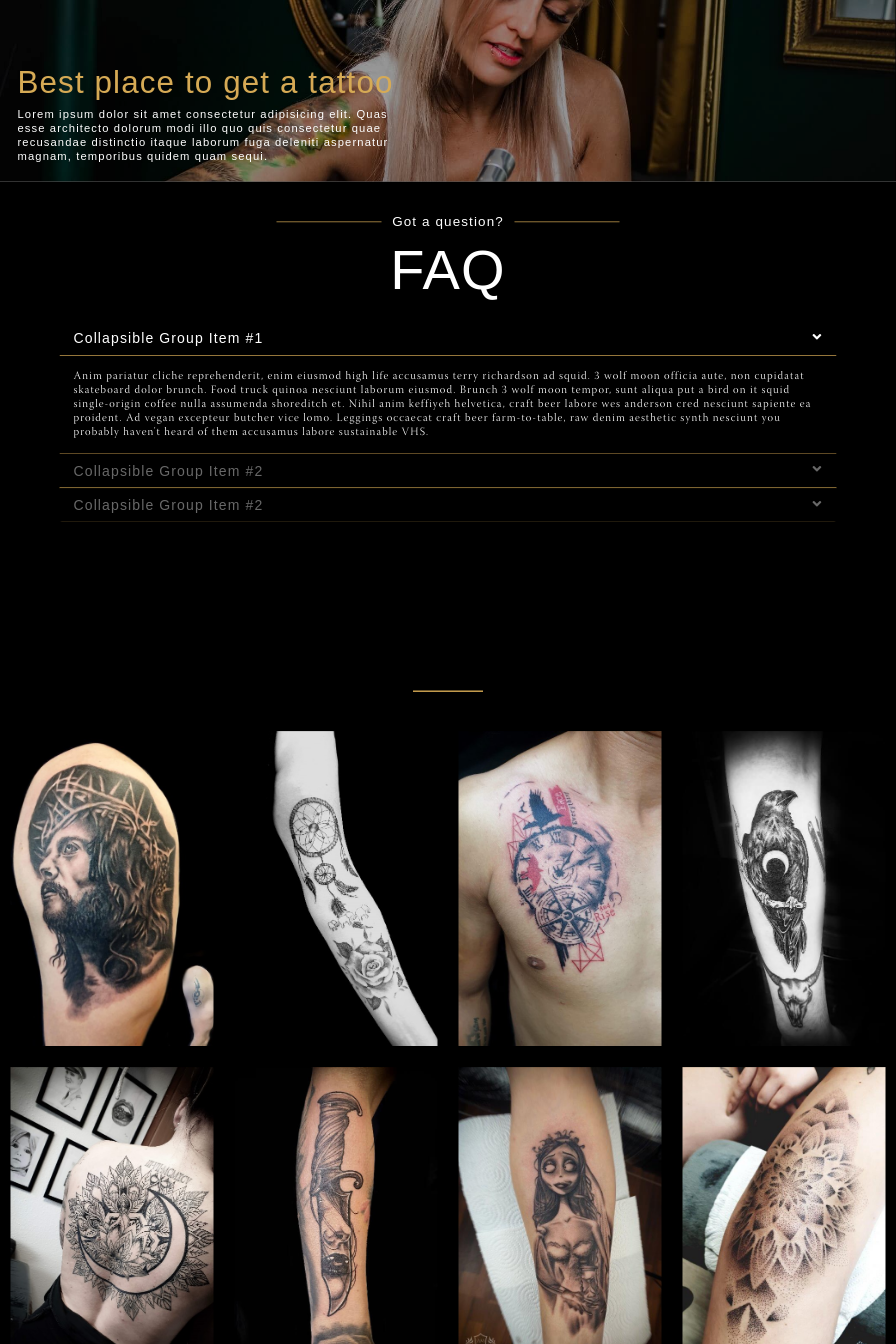
Repository: Spreceriany/TattooWeb
Page: tattoo.html
The author's editor kept a copy of each file at every save. The page is drawn from the files as they stood at one save, then again after the next save.
The browser window is 1280 px wide. The pictures show the part of the page from y = 518 to 2438 px (the page is 3291 px tall), at 70% of full size.
Backgrounds fixed to the window are drawn as part of the page. Some web fonts or font styles are not loaded; a fallback is used. Some web libraries are served in a nearby version.

Above is the page before, as saved 2020-04-23 16:40:06.
Console error: TypeError: Cannot read properties of null (reading 'addEventListener')

### tattoo.html
<!DOCTYPE html>
<html>

<head>
  <meta charset='utf-8'>
  <meta http-equiv='X-UA-Compatible' content='IE=edge'>
  <title>Tattoo - Manovistudio</title>
  <meta name='viewport' content='width=device-width, initial-scale=1'>
  <link rel='stylesheet' type='text/css' media='screen' href='css/main.css'>

  <link rel="stylesheet" href="https://stackpath.bootstrapcdn.com/bootstrap/4.4.1/css/bootstrap.min.css"
    integrity="sha384-Vkoo8x4CGsO3+Hhxv8T/Q5PaXtkKtu6ug5TOeNV6gBiFeWPGFN9MuhOf23Q9Ifjh" crossorigin="anonymous">

  <link rel="stylesheet" href="https://use.fontawesome.com/releases/v5.11.2/css/all.css">

  <link rel="stylesheet" href="css/mdb.min.css">

  <link rel="stylesheet" href="css/lightgallery.min.css">

  <link rel="stylesheet" href="css/swiper.css">

  <link rel="stylesheet" href="css/aos.css">

  <link rel="stylesheet" href="css/style.css">
  <link rel="icon" type="image/png" href="/images/favicon-32x32.png" sizes="32x32" />
  <link rel="icon" type="image/png" href="/images/favicon-16x16.png" sizes="16x16" />
</head>

<body>
  <div style="overflow-x:hidden; position:relative">
  <div class="wrapper-tattoo">
    <button class="netflix-nav-btn netflix-open-btn">
      <i class="fas fa-bars fa-2x"></i>
    </button>

    <h1 class="gold site-section-heading2" data-aos="fade" data-aos-duration="2000">Tattoo</h1>


    <div class="netflix-nav netflix-nav-black">
      <div class="netflix-nav netflix-nav-red">
        <div class="netflix-nav netflix-nav-white">

          <button class="netflix-nav-btn netflix-close-btn"><i class="fas fa-times"></i></button>

          <img class="netflix-logo" src="images/GOLD.png" alt="ManoviStudio Logo" />

          <ul class="netflix-list">
            <li><a href="index.php">Home</a></li>
            <li><a href="index.php#about">About</a></li>
            <li><a href="index.php#services">Services</a></li>
            <li>
              <ul>
                <li><a href="tattoo.html" class="gold">Tattoo</a></li>
                <li><a href="beauty.html">Beauty</a></li>
                <li><a href="piercing.html">Piercing</a></li>

              </ul>
            </li>
            <li><a href="index.php#contact">Contact Us</a></li>
            <li>
              <a href="tattoo-en.html">English</a><img src="/images/america.svg" alt="american-flag" class="flag" />
            </li>

          </ul>
        </div>
      </div>
    </div>




  </div>
  <div style="overflow-x:hidden; position:relative">
  <div class="container-fluid tattoo-uvod">
    <div class="row pt-5">
      <div class="col-8 col-sm-7 col-md-6  pt-5 ">
          <h2 class="gold tattoo-druhy-slide" data-scroll>Best place to get a tattoo</h2>
          <p class="text-white text-left tattoo-druhy-slide1" data-scroll>Lorem ipsum dolor sit amet consectetur adipisicing elit. Quas esse architecto dolorum modi illo quo quis consectetur quae recusandae distinctio itaque laborum fuga deleniti aspernatur magnam, temporibus quidem quam sequi.</p>
      </div>
    </div>
  </div>
















  <div class="container-fluid black-bg py-5" style="height: auto;" data-aos="fade" data-aos-duration="2000">
    <div class="container align-items-center flex-column ">
      <div class="text-center" data-aos="zoom-in">
        <h2 class="subtitle fancy text-white" style="font-size: 1.2em;"><span>Got a question?</span></h2>
        <p style="font-size: 5em;" class="mt-5 text-white">FAQ</p>
      </div>


      <div class="accordion md-accordion py-5 " id="accordionEx" role="tablist" aria-multiselectable="true"
        data-aos="fade" data-aos-duration="2000">

        <!-- Accordion card -->
        <div class="card black-bg">

          <!-- Card header -->
          <div class="card-header panel-heading-active " role="tab" id="headingOne1">
            <a data-toggle="collapse" data-parent="#accordionEx" href="#collapseOne1" aria-expanded="true"
              aria-controls="collapseOne1">
              <h5 class="mb-0 ">
                Collapsible Group Item #1 <i class="fas fa-angle-down rotate-icon float-right"></i>
              </h5>
            </a>
          </div>

          <!-- Card body -->
          <div id="collapseOne1" class="collapse show" role="tabpanel" aria-labelledby="headingOne1"
            data-parent="#accordionEx">
            <div class="card-body">
              Anim pariatur cliche reprehenderit, enim eiusmod high life accusamus terry richardson ad squid. 3
              wolf moon officia aute, non cupidatat skateboard dolor brunch. Food truck quinoa nesciunt laborum
              eiusmod. Brunch 3 wolf moon tempor, sunt aliqua put a bird on it squid single-origin coffee nulla
              assumenda shoreditch et. Nihil anim keffiyeh helvetica, craft beer labore wes anderson cred
              nesciunt sapiente ea proident. Ad vegan excepteur butcher vice lomo. Leggings occaecat craft beer
              farm-to-table, raw denim aesthetic synth nesciunt you probably haven't heard of them accusamus
              labore sustainable VHS.
            </div>
          </div>

        </div>
        <!-- Accordion card -->

        <!-- Accordion card -->
        <div class="card black-bg">

          <!-- Card header -->
          <div class="card-header panel-heading-active" role="tab" id="headingTwo2">
            <a class="collapsed" data-toggle="collapse" data-parent="#accordionEx" href="#collapseTwo2"
              aria-expanded="false" aria-controls="collapseTwo2">
              <h5 class="mb-0 ">
                Collapsible Group Item #2 <i class="fas fa-angle-down rotate-icon float-right"></i>
              </h5>
            </a>
          </div>

          <!-- Card body -->
          <div id="collapseTwo2" class="collapse" role="tabpanel" aria-labelledby="headingTwo2"
            data-parent="#accordionEx">
            <div class="card-body">
              Anim pariatur cliche reprehenderit, enim eiusmod high life accusamus terry richardson ad squid. 3
              wolf moon officia aute, non cupidatat skateboard dolor brunch. Food truck quinoa nesciunt laborum
              eiusmod. Brunch 3 wolf moon tempor, sunt aliqua put a bird on it squid single-origin coffee nulla
              assumenda shoreditch et. Nihil anim keffiyeh helvetica, craft beer labore wes anderson cred
              nesciunt sapiente ea proident. Ad vegan excepteur butcher vice lomo. Leggings occaecat craft beer
              farm-to-table, raw denim aesthetic synth nesciunt you probably haven't heard of them accusamus
              labore sustainable VHS.
            </div>
          </div>

        </div>
        <!-- Accordion card -->

        <!-- Accordion card -->


        <div class="card  black-bg">

          <!-- Card header -->
          <div class="card-header panel-heading-active" role="tab" id="headingThree3">
            <a class="collapsed" data-toggle="collapse" data-parent="#accordionEx" href="#collapseThree3"
              aria-expanded="false" aria-controls="collapseThree3">
              <h5 class="mb-0 ">
                Collapsible Group Item #2 <i class="fas fa-angle-down rotate-icon float-right"></i>
              </h5>
            </a>
          </div>

          <!-- Card body -->
          <div id="collapseThree3" class="collapse" role="tabpanel" aria-labelledby="headingThree3"
            data-parent="#accordionEx">
            <div class="card-body">
              Anim pariatur cliche reprehenderit, enim eiusmod high life accusamus terry richardson ad squid. 3
              wolf moon officia aute, non cupidatat skateboard dolor brunch. Food truck quinoa nesciunt laborum
              eiusmod. Brunch 3 wolf moon tempor, sunt aliqua put a bird on it squid single-origin coffee nulla
              assumenda shoreditch et. Nihil anim keffiyeh helvetica, craft beer labore wes anderson cred
              nesciunt sapiente ea proident. Ad vegan excepteur butcher vice lomo. Leggings occaecat craft beer
              farm-to-table, raw denim aesthetic synth nesciunt you probably haven't heard of them accusamus
              labore sustainable VHS.
            </div>
          </div>

        </div>

        <!-- Accordion card -->

      </div>
      <!-- Accordion wrapper -->

    </div>
  </div>




  <div class="site-wrap bg-black">





    <div class="site-section">
      <div class="container-fluid ">

        <div class="row justify-content-center">

          <div class="col-md-7">
            <div class="row mb-5">
              <div class="col-12 ">
                <h2 class="site-section-heading text-center" data-scroll>Gallery</h2>
              </div>
            </div>
          </div>

        </div>
        <div class="row gallery-container" id="lightgallery">
          <div class="col-sm-6 col-md-4 col-lg-4 col-xl-3 item img-gallery center-images-tattoo image-box" data-aos="fade" data-src="images/tattoo/IMG_1086.jpg" data-sub-html="<h4>Fading Light</h4><p>Lorem ipsum dolor sit amet, consectetur adipisicing elit. Dolor doloremque hic excepturi fugit, sunt impedit fuga tempora, ad amet aliquid?</p>">
            <a href="#"><img src="images/tattoo/IMG_1086.jpg" alt="Tattoo-image" class="img-fluid img-resize2"></a>
          </div>
          <div class="col-sm-6 col-md-4 col-lg-4 col-xl-3 item img-gallery center-images-tattoo image-box" data-aos="fade" data-src="images/tattoo/IMG_1089.jpg" data-sub-html="<h4>Fading Light</h4><p>Lorem ipsum dolor sit amet, consectetur adipisicing elit. Laboriosam omnis quaerat molestiae, praesentium. Ipsam, reiciendis. Aut molestiae animi earum laudantium.</p>">
            <a href="#"><img src="images/tattoo/IMG_1089.jpg" alt="Tattoo-image" class="img-fluid img-resize2"></a>
          </div>
          <div class="col-sm-6 col-md-4 col-lg-4 col-xl-3 item img-gallery  center-images-tattoo image-box" data-aos="fade" data-src="images/tattoo/IMG_1090.jpg" data-sub-html="<h4>Fading Light</h4><p>Lorem ipsum dolor sit amet, consectetur adipisicing elit. Quidem reiciendis, dolorum illo temporibus culpa eaque dolore rerum quod voluptate doloribus.</p>">
            <a href="#"><img src="images/tattoo/IMG_1090.jpg" alt="Tattoo-image" class="img-fluid img-resize2"></a>
          </div>
          <div class="col-sm-6 col-md-4 col-lg-4 col-xl-3 item img-gallery  center-images-tattoo image-box" data-aos="fade" data-src="images/tattoo/IMG_1095.jpg" data-sub-html="<h4>Fading Light</h4><p>Lorem ipsum dolor sit amet, consectetur adipisicing elit. Enim perferendis quae iusto omnis praesentium labore tempore eligendi quo corporis sapiente.</p>">
            <a href="#"><img src="images/tattoo/IMG_1095.jpg" alt="Tattoo-image" class="img-fluid img-resize2"></a>
          </div>
          <div class="col-sm-6 col-md-4 col-lg-4 col-xl-3 item img-gallery  center-images-tattoo image-box" data-aos="fade" data-src="images/tattoo/IMG_1102.jpg" data-sub-html="<h4>Fading Light</h4><p>Lorem ipsum dolor sit amet, consectetur adipisicing elit. Saepe, voluptatum voluptate tempore aliquam, dolorem distinctio. In quas maiores tenetur sequi.</p>">
            <a href="#"><img src="images/tattoo/IMG_1102.jpg" alt="Tattoo-image" class="img-fluid img-resize2"></a>
          </div>
          <div class="col-sm-6 col-md-4 col-lg-4 col-xl-3 item img-gallery  center-images-tattoo image-box" data-aos="fade" data-src="images/tattoo/IMG_1103.jpg" data-sub-html="<h4>Fading Light</h4><p>Lorem ipsum dolor sit amet, consectetur adipisicing elit. Saepe, voluptatum voluptate tempore aliquam, dolorem distinctio. In quas maiores tenetur sequi.</p>">
            <a href="#"><img src="images/tattoo/IMG_1103.jpg" alt="Tattoo-image" class="img-fluid img-resize2"></a>
          </div>
          <div class="col-sm-6 col-md-4 col-lg-4 col-xl-3 item img-gallery  center-images-tattoo image-box" data-aos="fade" data-src="images/tattoo/IMG_1454.jpg" data-sub-html="<h4>Fading Light</h4><p>Lorem ipsum dolor sit amet, consectetur adipisicing elit. Saepe, voluptatum voluptate tempore aliquam, dolorem distinctio. In quas maiores tenetur sequi.</p>">
            <a href="#"><img src="images/tattoo/IMG_1454.jpg" alt="Tattoo-image" class="img-fluid img-resize2"></a>
          </div>
          <div class="col-sm-6 col-md-4 col-lg-4 col-xl-3 item img-gallery  center-images-tattoo image-box" data-aos="fade" data-src="images/tattoo/IMG_1877.jpg" data-sub-html="<h4>Fading Light</h4><p>Lorem ipsum dolor sit amet, consectetur adipisicing elit. Saepe, voluptatum voluptate tempore aliquam, dolorem distinctio. In quas maiores tenetur sequi.</p>">
            <a href="#"><img src="images/tattoo/IMG_1877.jpg" alt="Tattoo-image" class="img-fluid img-resize2"></a>
          </div>
          <div class="col-sm-6 col-md-4 col-lg-4 col-xl-3 item img-gallery  center-images-tattoo image-box" data-aos="fade" data-src="images/tattoo/IMG_1878.jpg" data-sub-html="<h4>Fading Light</h4><p>Lorem ipsum dolor sit amet, consectetur adipisicing elit. Saepe, voluptatum voluptate tempore aliquam, dolorem distinctio. In quas maiores tenetur sequi.</p>">
            <a href="#"><img src="images/tattoo/IMG_1878.jpg" alt="Tattoo-image" class="img-fluid img-resize2"></a>
          </div>
          <div class="col-sm-6 col-md-4 col-lg-4 col-xl-3 item img-gallery  center-images-tattoo image-box" data-aos="fade" data-src="images/tattoo/IMG_1879.jpg" data-sub-html="<h4>Fading Light</h4><p>Lorem ipsum dolor sit amet, consectetur adipisicing elit. Saepe, voluptatum voluptate tempore aliquam, dolorem distinctio. In quas maiores tenetur sequi.</p>">
            <a href="#"><img src="images/tattoo/IMG_1879.jpg" alt="Tattoo-image" class="img-fluid img-resize2"></a>
          </div>
          <div class="col-sm-6 col-md-4 col-lg-4 col-xl-3 item img-gallery  center-images-tattoo image-box" data-aos="fade" data-src="images/tattoo/IMG_1884.jpg" data-sub-html="<h4>Fading Light</h4><p>Lorem ipsum dolor sit amet, consectetur adipisicing elit. Saepe, voluptatum voluptate tempore aliquam, dolorem distinctio. In quas maiores tenetur sequi.</p>">
            <a href="#"><img src="images/tattoo/IMG_1884.jpg" alt="Tattoo-image" class="img-fluid img-resize2"></a>
          </div>
          <div class="col-sm-6 col-md-4 col-lg-4 col-xl-3 item img-gallery  center-images-tattoo image-box" data-aos="fade" data-src="images/tattoo/arm_photo" data-sub-html="<h4>Fading Light</h4><p>Lorem ipsum dolor sit amet, consectetur adipisicing elit. Saepe, voluptatum voluptate tempore aliquam, dolorem distinctio. In quas maiores tenetur sequi.</p>">
            <a href="#"><img src="images/tattoo/arm_photo.jpg" alt="Tattoo-image" class="img-fluid img-resize2"></a>
          </div>






        </div>
      </div>
    </div>






  </div>


  <div class="container-fluid px-0">
    <!--- Footer -->
    <footer class="footer-bs">
      <div class="row">
        <div class="col-md-4 footer-brand animated fadeInLeft d-flex col-12">
          <img src="images/GOLD.png" alt=""
            class=" d-flex justify-content-center align-self-center logo-footer mx-auto" />
        </div>
        <div class="col-12 col-md-4 text-center justify-content-center align-content-center d-flex   ">
          <p class="align-self-center mb-sm-4 gray">All right reserved &copy;</p>
        </div>

        <div
          class="col-md-4 col-12 footer-social animated fadeInDown d-flex flex-column mx-auto text-center justify-content-center align-items-center  ">
          <h4 class="gray">Follow Us</h4>
          <ul class="text-center flex-row d-flex mx-1">
            <li>
              <a href="https://www.instagram.com/alex_manovi_tattoo/">
                <i class="fab fa-instagram fa-2x mb-1 ikonka hvr-bob" aria-hidden="true"></i>
              </a>
            </li>
            <li>
              <a href="https://www.facebook.com/manovistudio/">
                <i class="fab fa-facebook fa-2x ikonka hvr-bob" aria-hidden="true"></i>
              </a>
            </li>
          </ul>
        </div>

      </div>
    </footer>
  </div>
  </div>
</div>


  <!-- Optional JavaScript -->
  <!-- jQuery first, then Popper.js, then Bootstrap JS -->
  <script  src="js/jquery-3.3.1.min.js"></script>
  <script defer src="js/swiper.min.js"></script>
  <script src="js/aos.js"></script>

  <script defer src="js/lightgallery-all.min.js"></script>

  <script src="js/main.js"></script>
  <script defer src="js/bootstrap.min.js"></script>
  <script src="js/js.js"></script>
  <script>
    $(document).ready(function () {
      $('#lightgallery').lightGallery();
    });
  </script>
</body>

</html>

Loaded but not shown: css/mdb.min.css (library); css/lightgallery.min.css (library); css/swiper.css (library); css/aos.css (library); js/jquery-3.3.1.min.js (library); js/aos.js (library); js/swiper.min.js (library); js/lightgallery-all.min.js (library); js/bootstrap.min.js (library); js/main.js (294 lines, source omitted); js/js.js (142 lines, source omitted); css/style.css (1190 lines, source omitted); css/main.css (1996 lines, source omitted)

After the next save:
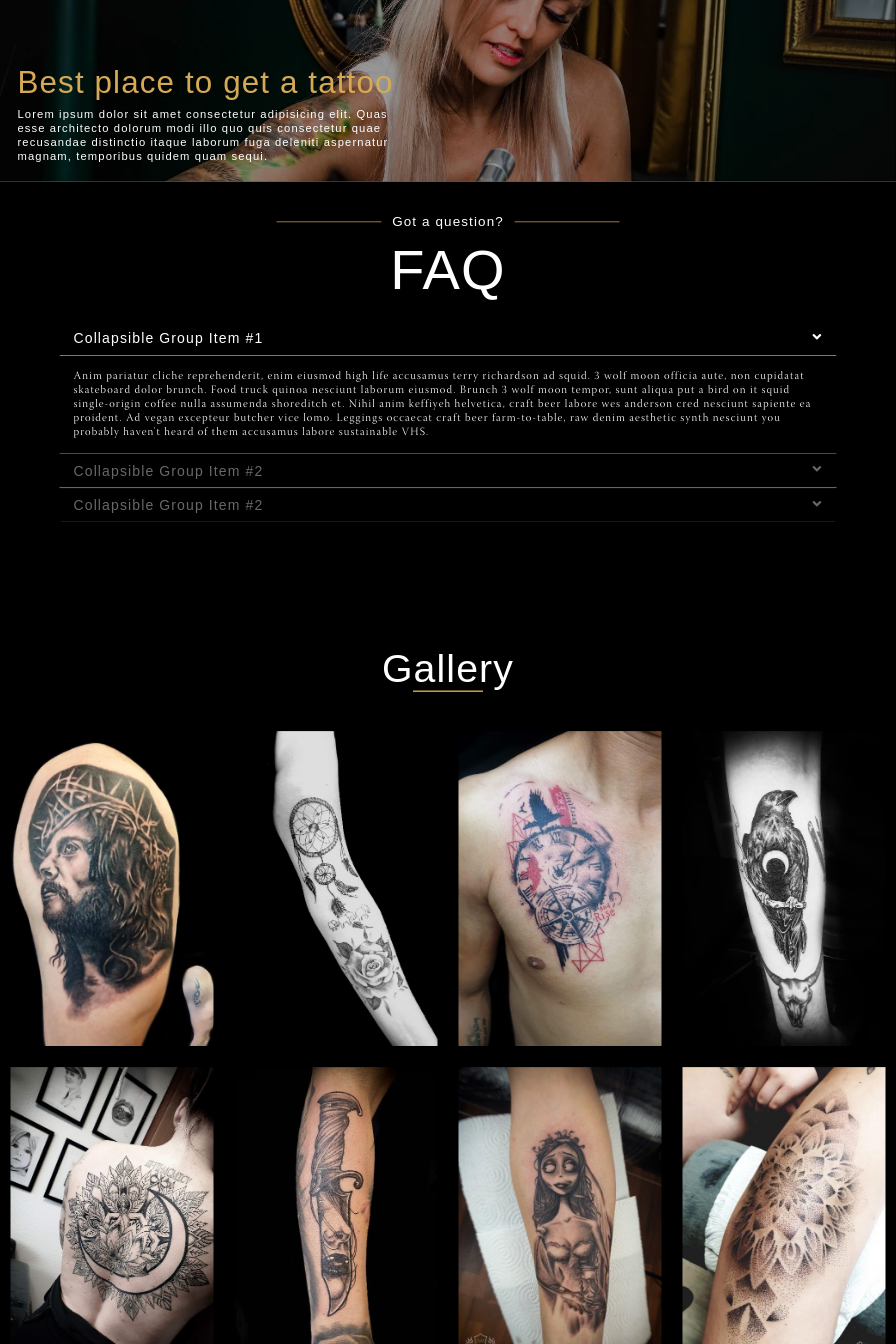
Saved 18 s later.
--- a/tattoo.html
+++ b/tattoo.html
@@ -222,7 +222,7 @@
           <div class="col-md-7">
             <div class="row mb-5">
               <div class="col-12 ">
-                <h2 class="site-section-heading text-center" data-scroll>Gallery</h2>
+                <h2 class="site-section-heading  text-white text-center" data-scroll>Gallery</h2>
               </div>
             </div>
           </div>
